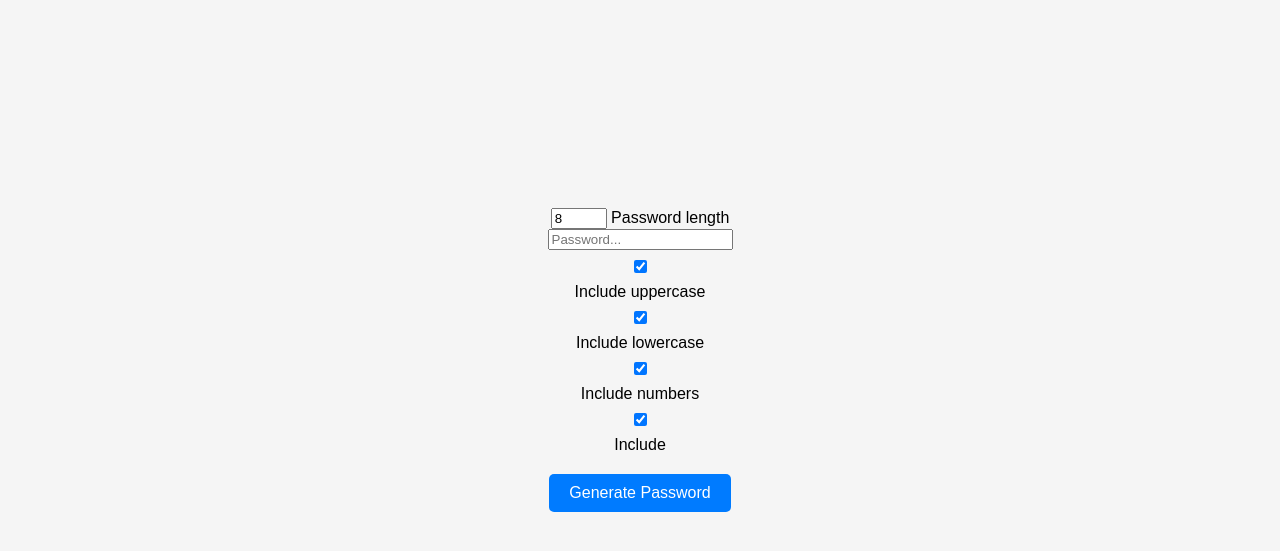
Repository: sriram1224/pass-generator
Page: /
The author's editor kept a copy of each file at every save. The page is drawn from the files as they stood at one save, then again after the next save.
The browser window is 1280 px wide. The pictures show the whole page.
The project was rebuilt for these pictures with package versions that can differ from the ones it lists, and the page was loaded fresh each time.

Above is the page before, as saved 2024-03-21 19:51:56.

### src/App.js
import React, { useState, useRef, useCallback } from 'react';
import './App.css';

function generatePassword(length, includeUpper, includeLower, includeNumber, includeSymbol){
  const upperChars = 'ABCDEFGHIJKLMNOPQRSTUVWXYZ';
  const lowerChars = 'abcdefghijklmnopqrstuvwxyz';
  const numberChars = '0123456789';
  const symbolChars = '!@#$%^&*()-_=+';

  let chars = '';
  if (includeUpper) chars+= upperChars;
  if (includeLower) chars += lowerChars;
  if (includeNumber) chars += numberChars;
  if (includeSymbol) chars += symbolChars;
  let password = '';
  for(let i = 0; i < length; i++){
    password += chars.charAt(Math.floor(Math.random() * chars.length));
  }
  return password;
}

function App() {
  const [password,setPassword] = useState('');
  const includeUpperref = useRef(true);
  const includeLowerref= useRef(true);
  const includeSymbolref = useRef(true);
  const includeNumberref= useRef(true);
  const [length, setLength] = useState(8);

  const handlechange = (ref) => {
    ref.current = !ref.current;
    handlePassword();
  };

  const handlePassword = useCallback(() => {
    const newPass = generatePassword(
      length,
      includeUpperref.current,
      includeLowerref.current,
      includeNumberref.current,
      includeSymbolref.current
    );
    setPassword(newPass);
  }, [length, includeUpperref, includeLowerref, includeNumberref, includeSymbolref]);

  return (
    <div className="App">
      <label>
      <input type="number" value={length} onChange={(e) => setLength(parseInt(e.target.value))} min="1" max="50" /> Password length
     </label> <label> <input type="text"  value={password} placeholder='Password...'   readOnly />
     </label> <input type="checkbox" checked={includeUpperref.current} onChange={() => handlechange(includeUpperref)} /> Include uppercase
      <input type="checkbox" checked={includeLowerref.current} onChange={() => handlechange(includeLowerref)} /> Include lowercase
      <input type="checkbox" checked={includeNumberref.current} onChange={() => handlechange(includeNumberref)} /> Include numbers
      <input type="checkbox" checked={includeSymbolref.current} onChange={() => handlechange(includeSymbolref)} /> Include

      <button onClick={handlePassword}>Generate Password</button>
    </div>
  );
}

export default App;

### src/App.css
.App {
  display: flex;
  flex-direction: column;
  align-items: center;
  justify-content: center;
  height: 100vh;
  background-color: #f5f5f5;
  font-family: Arial, sans-serif;
}

input[type="checkbox"] {
  margin: 10px;
}

button {
  margin-top: 20px;
  padding: 10px 20px;
  font-size: 16px;
  border: none;
  background-color: #007BFF;
  color: white;
  cursor: pointer;
  border-radius: 5px;
}

button:hover {
  background-color: #0056b3;
}

p {
  margin-top: 20px;
  font-size: 20px;
  color: #333;
}

Loaded but not shown: public/index.html (common file); src/index.js (common file); src/index.css (common file); src/reportWebVitals.js (common file)

After the next save:
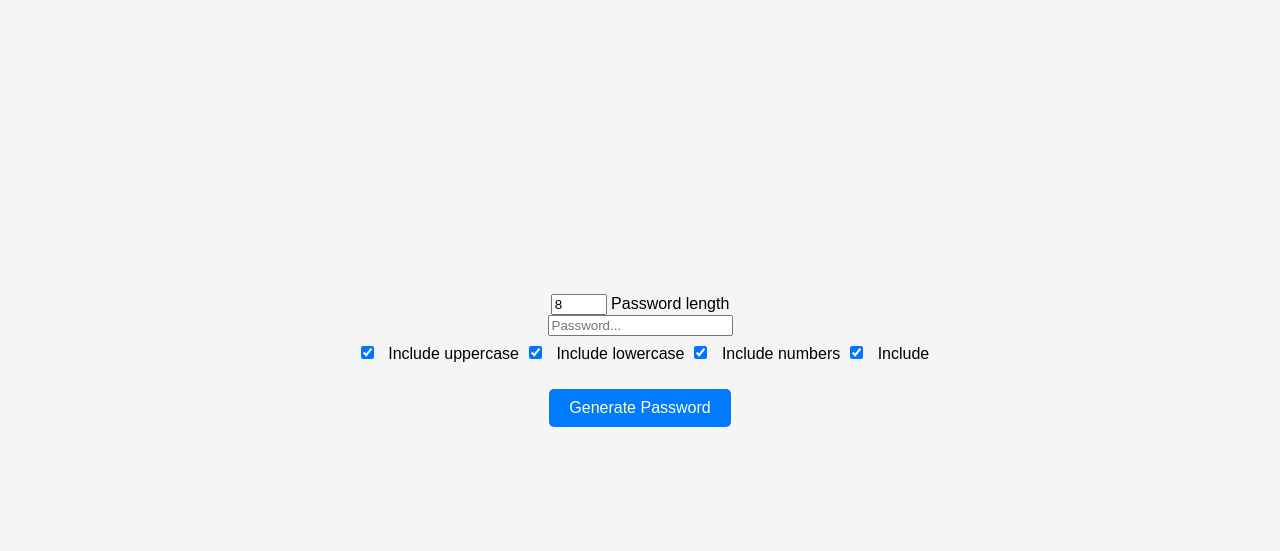
Saved 41 s later.
--- a/src/App.js
+++ b/src/App.js
@@ -47,12 +47,14 @@ function App() {
     <div className="App">
       <label>
       <input type="number" value={length} onChange={(e) => setLength(parseInt(e.target.value))} min="1" max="50" /> Password length
-     </label> <label> <input type="text"  value={password} placeholder='Password...'   readOnly />
-     </label> <input type="checkbox" checked={includeUpperref.current} onChange={() => handlechange(includeUpperref)} /> Include uppercase
+      </label>
+      <label> <input type="text" value={password} placeholder='Password...' readOnly />
+      </label>
+      <label><input type="checkbox" checked={includeUpperref.current} onChange={() => handlechange(includeUpperref)} /> Include uppercase
       <input type="checkbox" checked={includeLowerref.current} onChange={() => handlechange(includeLowerref)} /> Include lowercase
       <input type="checkbox" checked={includeNumberref.current} onChange={() => handlechange(includeNumberref)} /> Include numbers
       <input type="checkbox" checked={includeSymbolref.current} onChange={() => handlechange(includeSymbolref)} /> Include
-
+      </label>
       <button onClick={handlePassword}>Generate Password</button>
     </div>
   );
